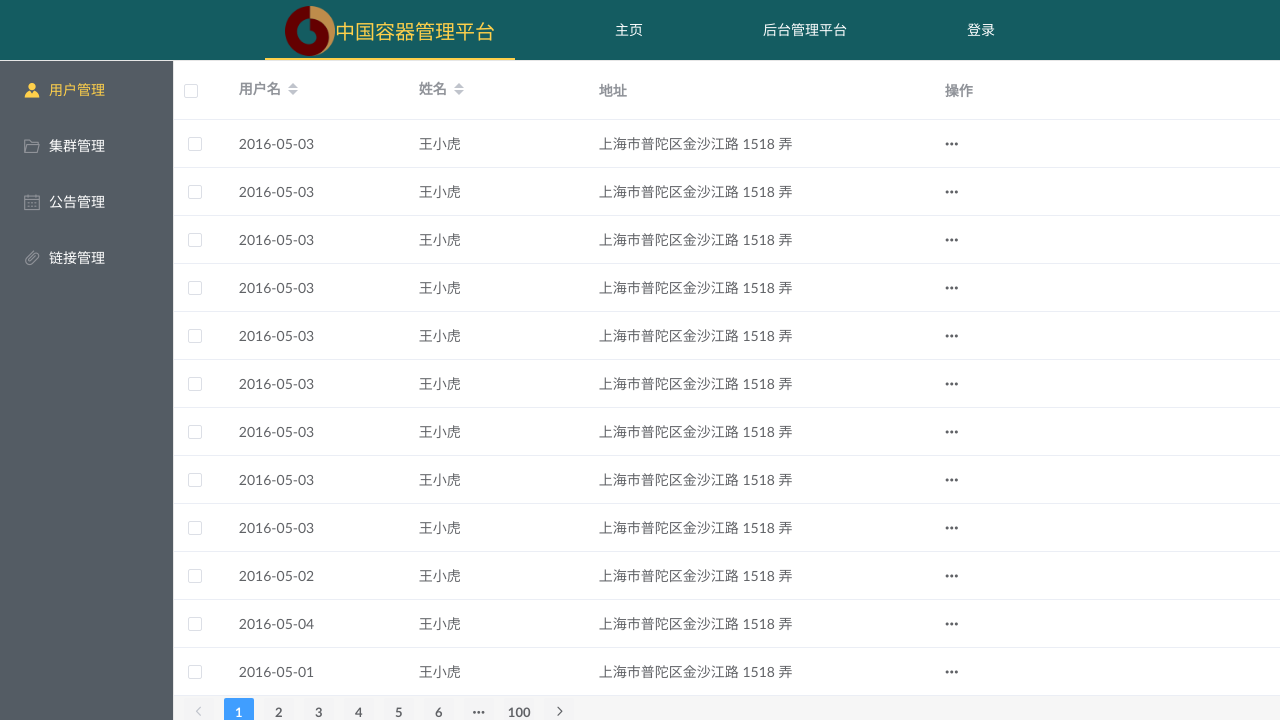
Repository: lei123zhou/zhongjin
Page: /main/management/user
These files come from the project's save history. The page is drawn as it stood at one moment and after the next save; the edit follows.
The browser window is 1280 px wide. The pictures show the whole page.
The project was rebuilt for these pictures with package versions that can differ from the ones it lists, and the page was loaded fresh each time. Also part of the build but not shown: vue.config.js.

Above is the page before, as saved 2022-08-29 22:12:59.

After the next save:
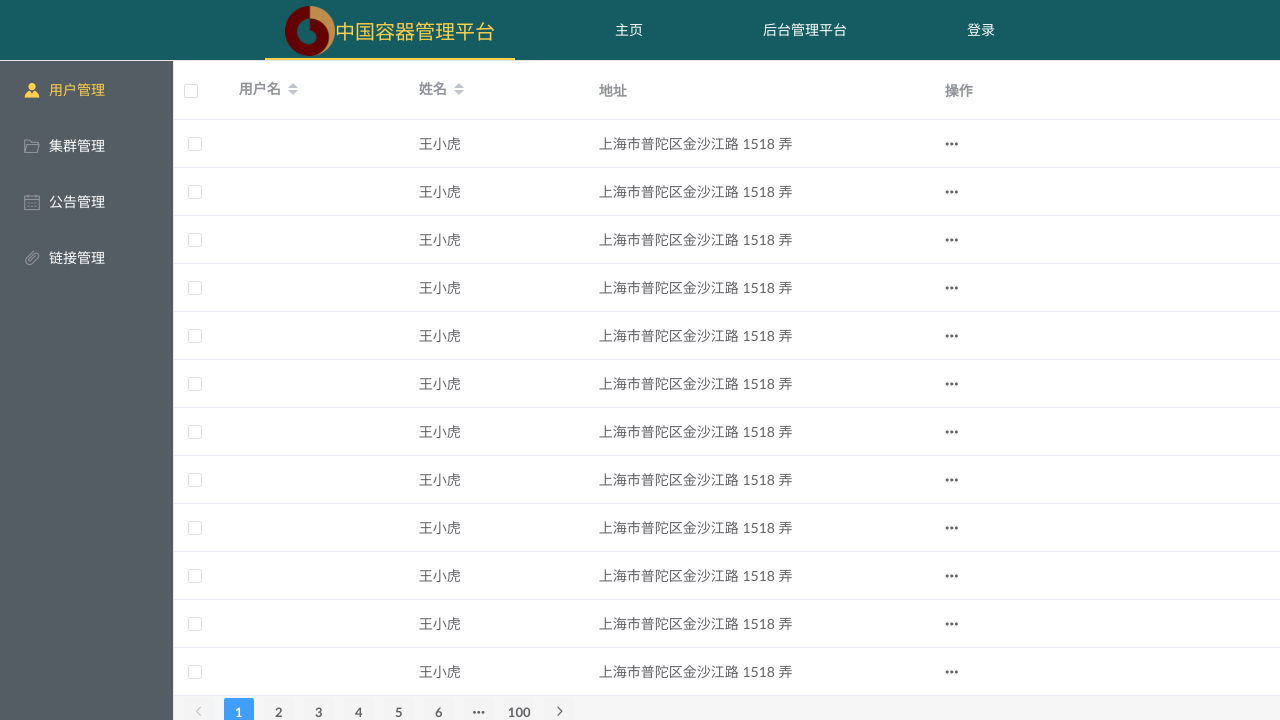
Saved 5 s later.
--- a/src/pages/management/user/UserPage.vue
+++ b/src/pages/management/user/UserPage.vue
@@ -8,7 +8,7 @@
       @selection-change="handleSelectionChange"
     >
       <el-table-column type="selection" width="55"> </el-table-column>
-      <el-table-column prop="date" label="用户名" sortable width="180">
+      <el-table-column prop="username" label="用户名" sortable width="180">
       </el-table-column>
       <el-table-column prop="name" label="姓名" sortable width="180">
       </el-table-column>
